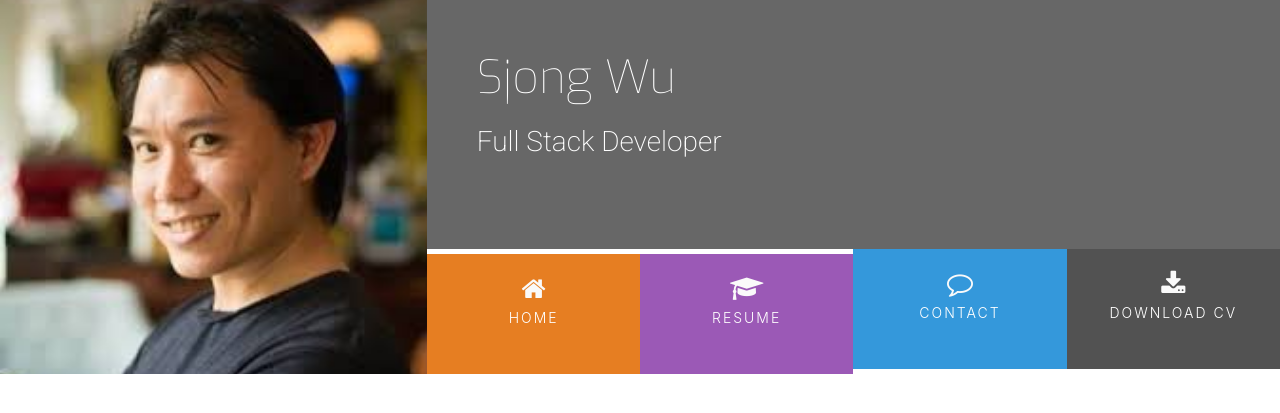
Repository: Scuzeme/codeinstitue-resume-project
Page: index.html
The author's editor kept a record of every edit. The page is drawn from the files as they stood at one moment, then again after the next edit.
The browser window is 1280 px wide. The pictures show the whole page.
Some web libraries are served in a nearby version.

Above is the page before.

### index.html
<!DOCTYPE html>
<html lang="en">
<head>
    <meta charset="UTF-8">
    <meta name="viewport" content="width=device-width, initial-scale=1.0">
    <meta http-equiv="X-UA-Compatible" content="ie=edge">
    <link rel="stylesheet" href="https://maxcdn.bootstrapcdn.com/bootstrap/4.2.1/css/bootstrap.min.css" type="text/css" />
    <link rel="stylesheet" href="https://maxcdn.bootstrapcdn.com/font-awesome/4.7.0/css/font-awesome.min.css" type="text/css" />
    <link rel="stylesheet" href="https://cdnjs.cloudflare.com/ajax/libs/hover.css/2.3.1/css/hover-min.css" type="text/css" />
    <link rel="stylesheet" href="assets/css/style.css">
    <title>SjongWu</title>
</head>
<body>
    <header>
        <div class="row no-gutters">
            <a class="col-md-4 logo" href="index.html"></a>
            <div class="col-md-8">
                <div class="row no-gutters bg-color-name-title">
                    <div class="col heading">
                        <h1 class="name">Sjong Wu</h1>
                        <h2 class="title"> Full Stack Developer</h2>
                    </div>
                </div>
                <div class="row no-gutters">
                    <div class="col">
                        <ul id="nav" class="list-inline menucontainer">
                            <li class="col-6 col-sm-3 ui-menu-color-home list-inline-item menuitem">
                                <a href="#" class="hvr-sweep-to-bottom"><i class="fa fa-home" aria-hidden="true"></i><span>Home</span></a>
                            </li>
                            <li class="col-6 col-sm-3 ui-menu-color-resume list-inline-item menuitem">
                                <a href="#" class="hvr-sweep-to-bottom"><i class="fa fa-graduation-cap" aria-hidden="true"></i><span>Resume</span></a>
                            </li>
                            <li class="col-6 col-sm-3 ui-menu-color-contact list-inline-item menuitem">
                                <a href="#"><i class="fa fa-comment-o" aria-hidden="true"></i><span>Contact</span></a>
                            </li>
                            <li class="col-6 col-sm-3 ui-menu-color-download list-inline-item menuitem">
                                <a href="#"><i class="fa fa-download" aria-hidden="true"></i><span>Download CV</span></a>
                            </li>
                        </ul>
                    </div>
                </div>
            </div>
        </div>
    </header>
    <section>

    </section>
    <footer>

    </footer>
</body>
</html>

### assets/css/style.css
@import url('https://fonts.googleapis.com/css?family=Roboto:100,200,300,400,500,600,700|Exo :100,200,300,400,500,600,700');


/*----------------------Colours*/

header {
    margin:0;
}

.logo {
    background:url("../images/sjongwu.jpeg");
    background-position: center;
    background-repeat:no-repeat;
    background-size:cover;
    min-height:360px;
    transition:all .5s ease-in-out;
    -moz-transition:all .5s ease-in-out;
    -webkit-transition:all .5s ease-in-out;
}

.bg-color-name-title {
    background-color:#676767;
}

.heading {
    margin-left:50px;
}

.ui-menu-color-home {
    background-color:#e67e22;
}
.ui-menu-color-resume {
    background-color:#9b59b6;
}
.ui-menu-color-contact {
    background-color:#3498db;
}
.ui-menu-color-download {
    background-color:#525252;
}

/*----------------------Colours*/

.name {
    font-family:"Exo", sans-serif;
    font-weight:100;
    font-size:46px;
    margin-top:50px;
    color:#fff;
}

.title {
    font-family:"Roboto", sans-serif;
    font-weight:200;
    font-size:28px;
    margin-top:20px;
    margin-bottom: 90px;
    color:#fff;
}



.list-inline-item:not(:last-child) {
    margin:0;
}

.menucontainer {
    font-size:0;
}
#nav{
    margin:0;
}


#nav li{
    font-size:14px;
    padding:0;
}

.menuitem{
    height:120px;
    text-align:center;
    padding:0;
}

.menuitem a{
    width:100%;
    text-decoration:none;
    color:#fff;
    height:120px;
}

.menuitem a i {
    padding-top:22px;
    display:block;
    color:#fafafa;
    font-size:26px;
}

.menuitem span{
    display:block;
    width:100%;
    padding-top:5px;
    text-align:center;
    text-transform:uppercase;
    font-size:14px;
    font-weight:300;
    letter-spacing:2px;
}


/*----hover.css*/

.hvr-sweep-to-bottom:before{
    background-color:rgba(0,0,0,0.2);
    height:120px;
}

After the next edit:
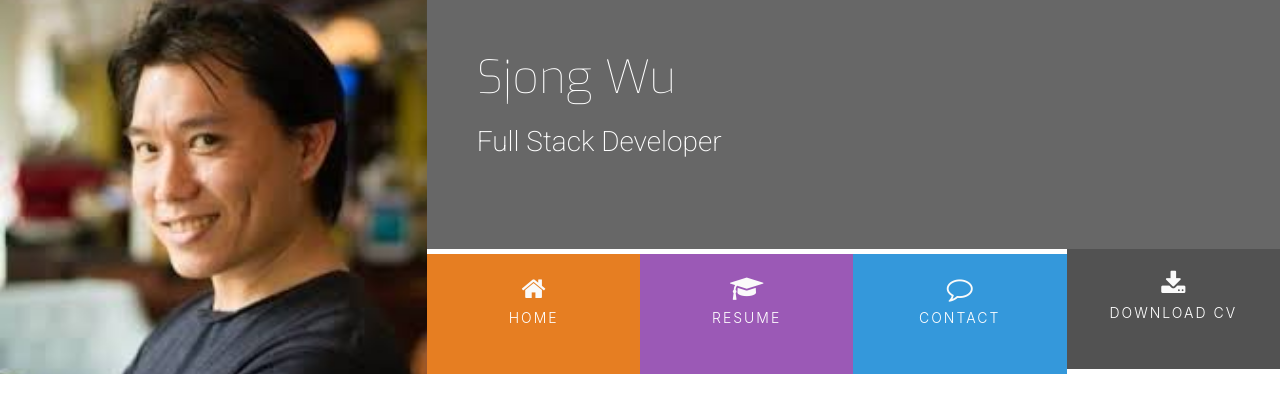
The edit:
--- a/index.html
+++ b/index.html
@@ -31,7 +31,7 @@
                                 <a href="#" class="hvr-sweep-to-bottom"><i class="fa fa-graduation-cap" aria-hidden="true"></i><span>Resume</span></a>
                             </li>
                             <li class="col-6 col-sm-3 ui-menu-color-contact list-inline-item menuitem">
-                                <a href="#"><i class="fa fa-comment-o" aria-hidden="true"></i><span>Contact</span></a>
+                                <a href="#" class="hvr-sweep-to-bottom"><i class="fa fa-comment-o" aria-hidden="true"></i><span>Contact</span></a>
                             </li>
                             <li class="col-6 col-sm-3 ui-menu-color-download list-inline-item menuitem">
                                 <a href="#"><i class="fa fa-download" aria-hidden="true"></i><span>Download CV</span></a>
